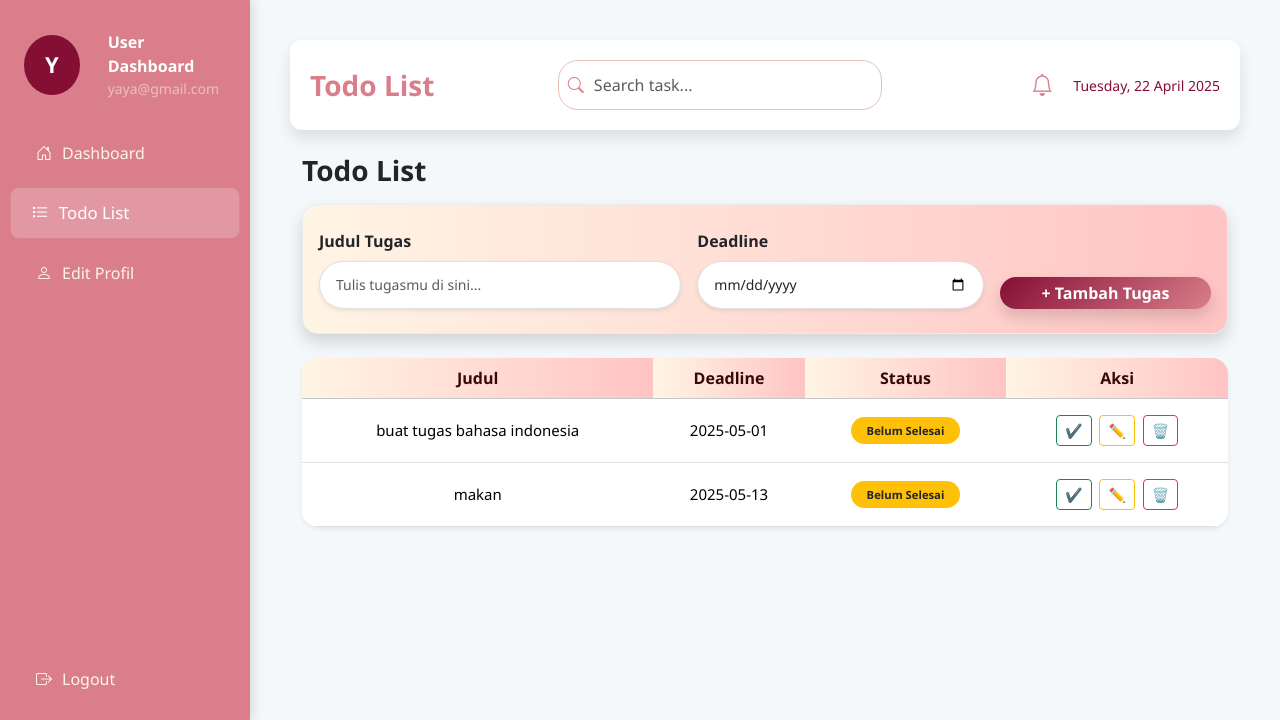
Repository: zhr-nabila/FloTime
Page: http://localhost/todo.php
The author's editor kept a copy of each file at every save. The page is drawn from the files as they stood at one save, then again after a run of saves.
The browser window is 1280 px wide. The pictures show the whole page.
The page is run by PHP 8.4 with error messages shown; the project is at /var/www/html/. The session is filled in as if someone had signed in: {"email": "yaya@gmail.com", "status": "login", "user_id": 2}. The database holds what the project's SQL file puts in it.

Above is the page before, as saved 2025-04-23 12:22:08.

After the next 2 saves:
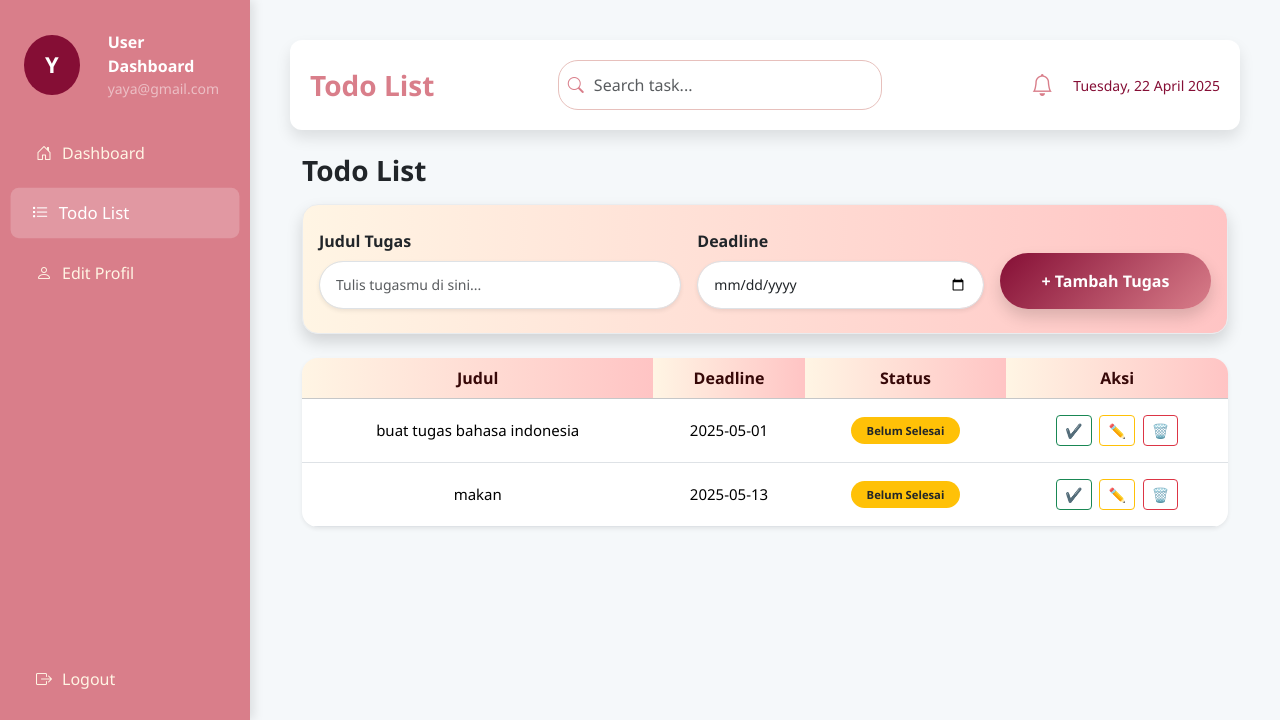
The 2 saves are shown as one change because they came seconds apart.
The last was saved 7 s later.
--- a/todo.php
+++ b/todo.php
@@ -109,7 +109,7 @@ if (!$result) {
                         <input type="date" name="deadline" class="form-control form-control-sm rounded-5 shadow-sm" required>
                     </div>
                     <div class="col-md-3 d-grid">
-                        <button type="submit" name="add_task" class="btn btn-gradient shadow fw-semibold py-1 rounded-5">+ Tambah Tugas</button>
+                        <button type="submit" name="add_task" class="btn btn-gradient shadow fw-semibold py-3 rounded-5">+ Tambah Tugas</button>
                     </div>
                 </div>
             </form>
